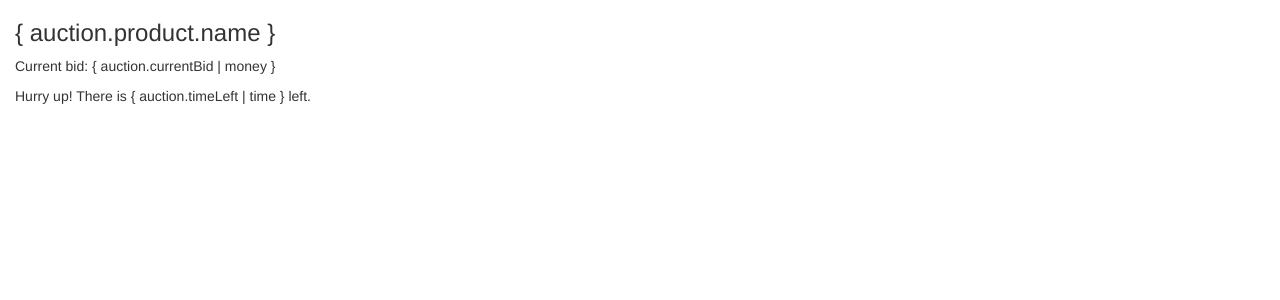
Repository: Polatrite/league-of-clickers
Page: test.html
The author's editor kept a record of every edit. The page is drawn from the files as they stood at one moment, then again after the next edit.
The browser window is 1280 px wide. The pictures show the whole page.

Above is the page before.
Console error: SyntaxError: Unexpected identifier 'draftChampions'
Not found: styles.css

### test.html
<html>
<head>
	<meta name="viewport" content="width=device-width, initial-scale=1">
	<title>League of Clickers</title>
	<link rel="shortcut icon" type="image/x-icon" href="favicon.ico"/>


	<script src="quick-function.js" text="type/javascript"></script>
	<script src="lib/underscore.min.js" text="type/javascript"></script>
	<script src="lib/jquery.js" text="type/javascript"></script>
	<script src="lib/jquery.cookie.js" text="type/javascript"></script>
	<script src="lib/rivets.js" text="type/javascript"></script>
	<script src="lib/bootstrap/js/bootstrap.js" text="type/javascript"></script>
	<script src="lib/fastclick.js" text="type/javascript"></script>

	<script src="src/game.js" text="type/javascript"></script>

	<link  href="lib/bootstrap/css/bootstrap.css" rel="stylesheet">
	<link  href="lib/bootstrap/css/bootstrap.override.css" rel="stylesheet">
	<link  href="styles.css" rel="stylesheet">

	<script text="type/javascript">

window.addEventListener('load', function() {
    FastClick.attach(document.body);
}, false);

	</script>

</head>
<body class="container-fluid">

<section id="auction">
  <h3>{ auction.product.name }</h3>
  <p>Current bid: { auction.currentBid | money }</p>

  <aside rv-if="auction.timeLeft | lt 120">
    Hurry up! There is { auction.timeLeft | time } left.
  </aside>
</section>


</body>
</html>

### quick-function.js
var f = function(func) {
  var args = Array.prototype.slice.call(arguments, 1);

  return function() {
    return func.apply(undefined,args);
  };
};

### src/game.js

var player = {
    champions: {}
    draftChampions: {}
}


var auction = {
    currentBid: 15,
    timeLeft: 38,
    product: {
        name: "Toaster"
    }
};

function initialize() {
    rivets.bind($('#auction'), {auction: auction});
}

var player = {
    workers: 3859,
    workersUsed: 2811,
    money: 343417831.38
}

### lib/bootstrap/css/bootstrap.override.css
.progress {
    margin-bottom: 6px;
}

.progress-bar {
  -webkit-transition: width .1s ease;
       -o-transition: width .1s ease;
          transition: width .1s ease;
}

.btn-md {
    padding: 4px 12px;
}

h4,
.h4,
h5,
.h5,
h6,
.h6 {
  margin-top: 8px;
  margin-bottom: 8px;
}

.well-sm {
    padding: 6px;
}

.well-xs {
  padding: 4px;
  border-radius: 2px;
}

Loaded but not shown: lib/underscore.min.js (library); lib/jquery.js (library); lib/jquery.cookie.js (library); lib/rivets.js (library); lib/bootstrap/js/bootstrap.js (library); lib/fastclick.js (library); lib/bootstrap/css/bootstrap.css (library)

After the next edit:
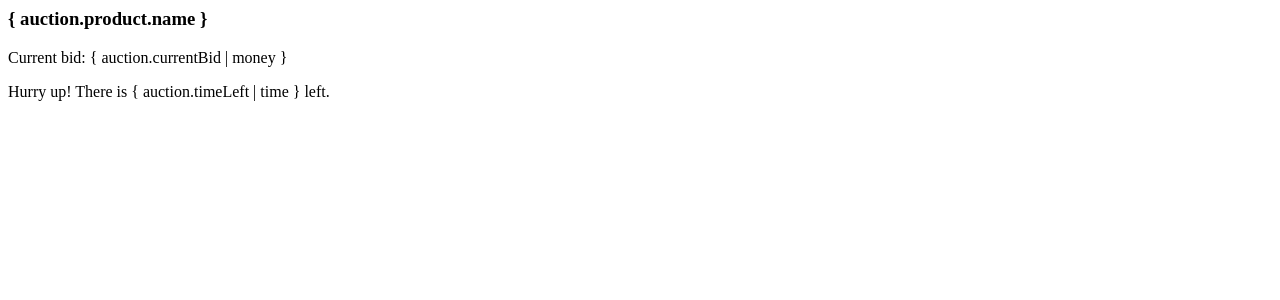
The edit:
--- a/test.html
+++ b/test.html
@@ -15,17 +15,7 @@
 
 	<script src="src/game.js" text="type/javascript"></script>
 
-	<link  href="lib/bootstrap/css/bootstrap.css" rel="stylesheet">
-	<link  href="lib/bootstrap/css/bootstrap.override.css" rel="stylesheet">
-	<link  href="styles.css" rel="stylesheet">
 
-	<script text="type/javascript">
-
-window.addEventListener('load', function() {
-    FastClick.attach(document.body);
-}, false);
-
-	</script>
 
 </head>
 <body class="container-fluid">
